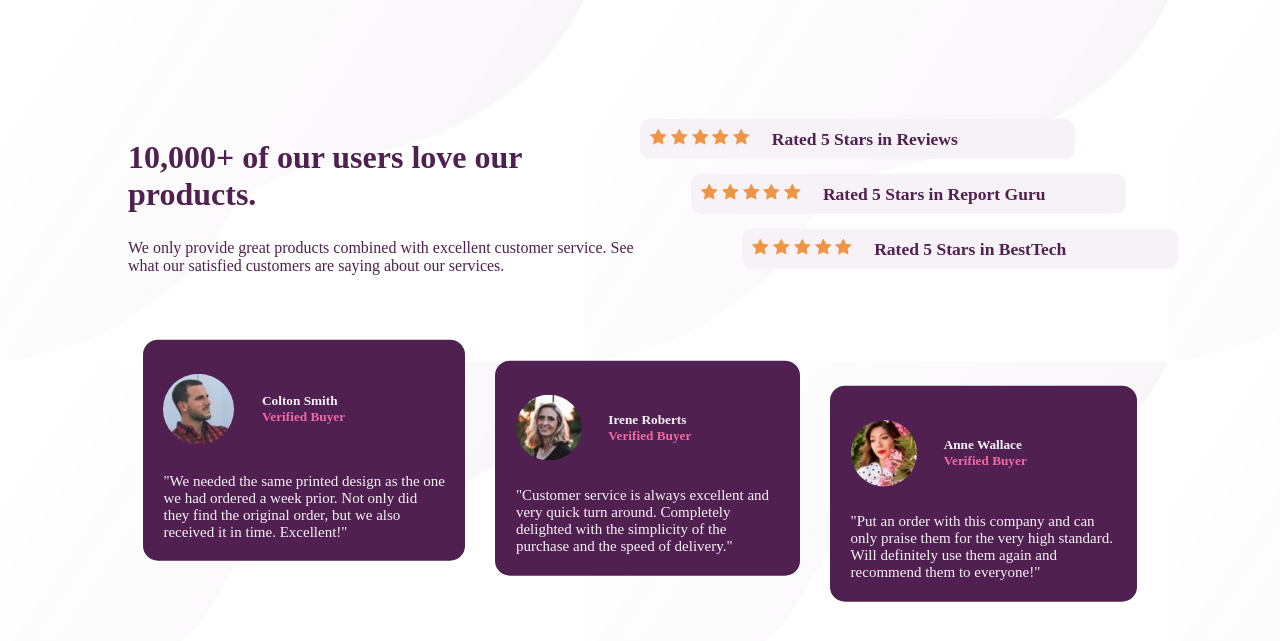
Repository: superZXMzzl/FrontendMentor
Page: social-proof-section-master/index.html
The author's editor kept a copy of each file at every save. The page is drawn from the files as they stood at one save, then again after the next save.
The browser window is 1280 px wide. The pictures show the whole page.

Above is the page before, as saved 2022-05-10 11:32:44.

After the next save:
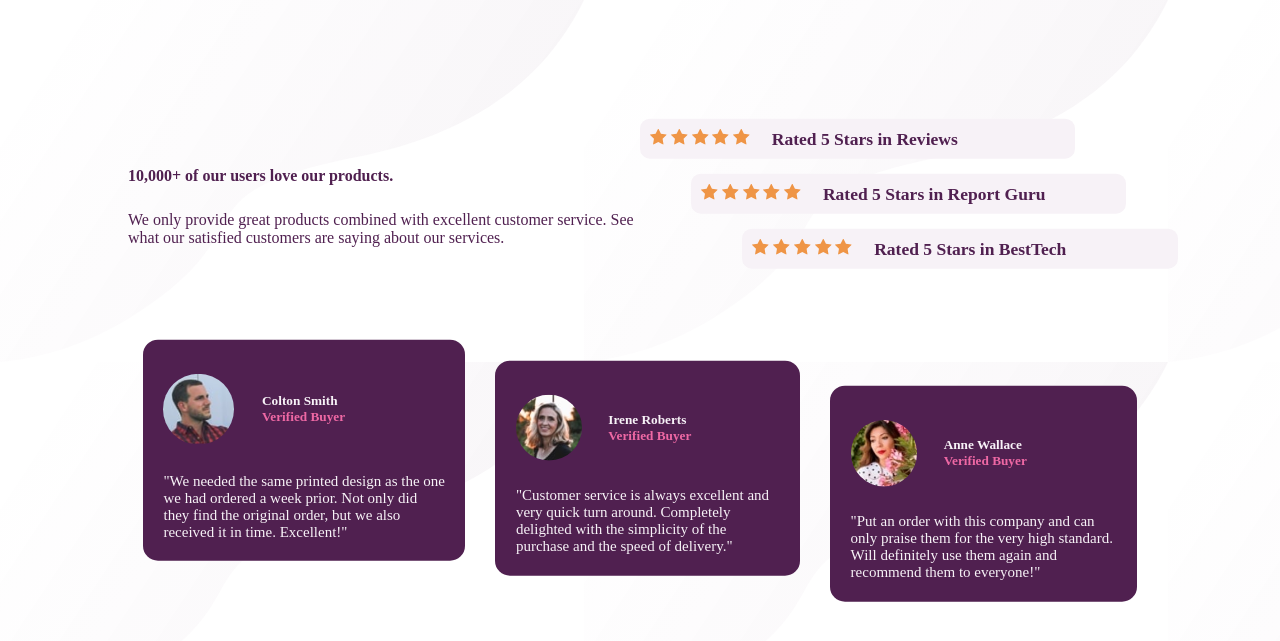
Saved 1 s later.
--- a/social-proof-section-master/index.html
+++ b/social-proof-section-master/index.html
@@ -21,7 +21,7 @@
     <div class="container">
       <div class="top">
         <div class="left">
-          <h1 class="leftTitle">10,000+ of our users love our products.</h1>
+          <p class="leftTitle">10,000+ of our users love our products.</p>
           <p class="leftDes">We only provide great products combined with excellent customer service.
             See what our satisfied customers are saying about our services.</p>
         </div>

After the save that followed:
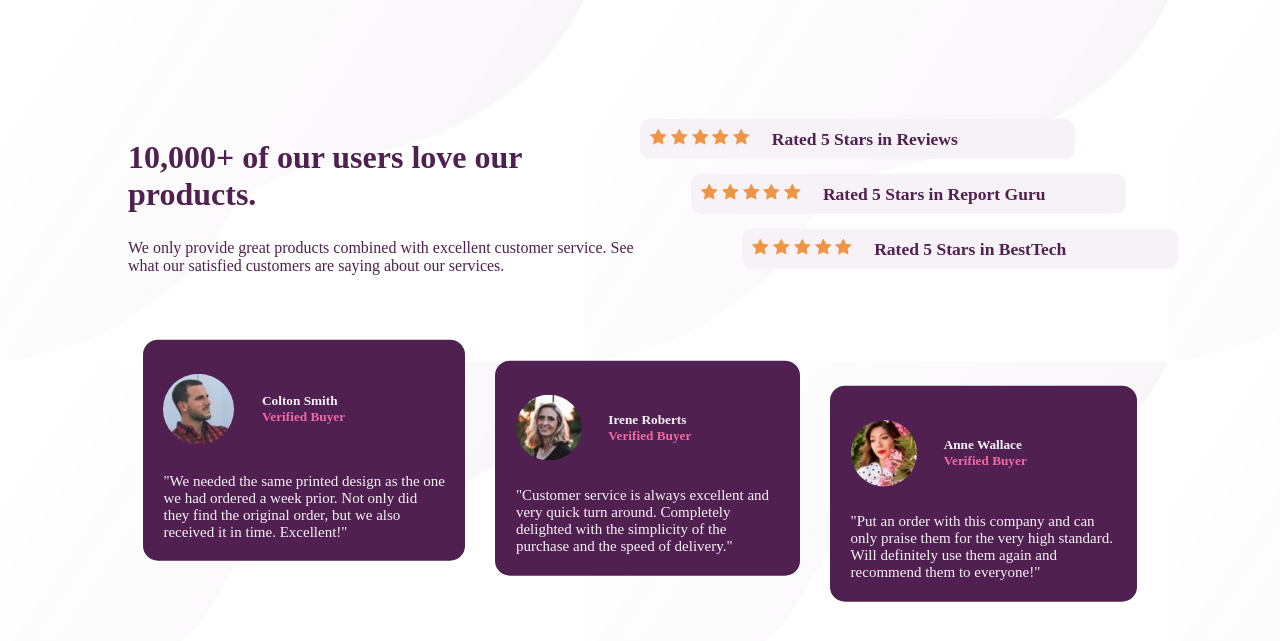
Saved 24 s later.
--- a/social-proof-section-master/style.css
+++ b/social-proof-section-master/style.css
@@ -67,6 +67,7 @@ body {
     margin: 5% 0;
     color: hsl(300, 43%, 22%);
     font-weight: 700;
+    font-size: 32px;
 }
 
 .leftDes {
